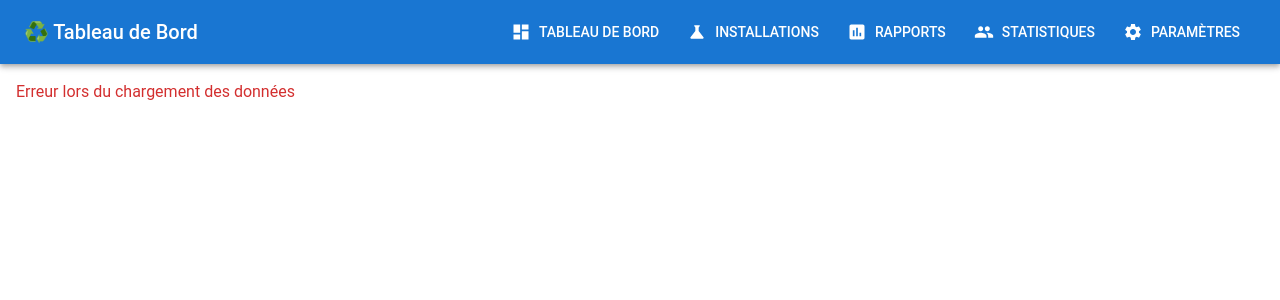
Repository: tofunori/Lithium-Dashboard-Enhanced
Page: / (app in frontend/)
The author's editor kept a copy of each file at every save. The page is drawn from the files as they stood at one save, then again after the next save.
The browser window is 1280 px wide. The pictures show the whole page.
The page's requests for data from a server got no answer. The project was rebuilt for these pictures with package versions that can differ from the ones it lists, and the page was loaded fresh each time. No one was signed in, and anything a server would have sent is missing. Also part of the build but not shown: frontend/src/components/RecyclingRateChart.js, frontend/src/components/ProductionTrendsChart.js, frontend/src/components/PlantsList.js, frontend/src/components/MapView.js.

Above is the page before, as saved 2025-03-19 15:32:21.

After the next save:
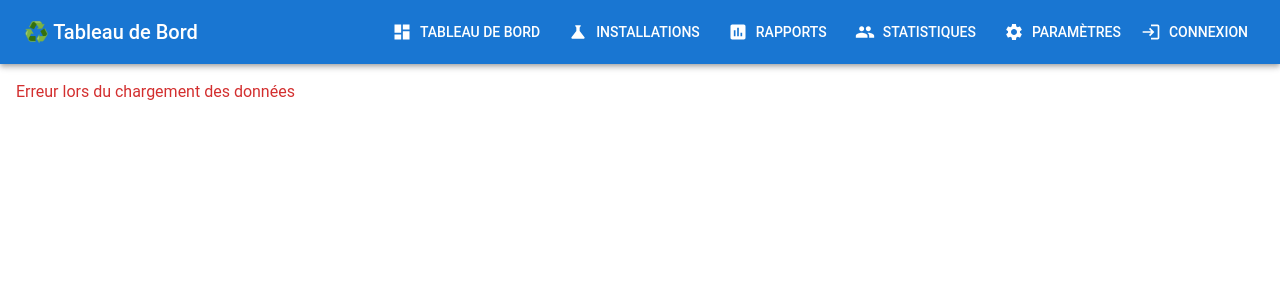
Saved 90 s later.
--- a/frontend/src/components/NavBar.js
+++ b/frontend/src/components/NavBar.js
@@ -20,7 +20,8 @@ import {
   Science as ScienceIcon,
   Assessment as AssessmentIcon,
   Group as GroupIcon,
-  Settings as SettingsIcon
+  Settings as SettingsIcon,
+  Login as LoginIcon
 } from '@mui/icons-material';
 import { Link as RouterLink } from 'react-router-dom';
 import { useState } from 'react';
@@ -81,6 +82,21 @@ const NavBar = () => {
             <ListItemText primary={item.text} />
           </ListItem>
         ))}
+        <ListItem
+          button
+          component={RouterLink}
+          to="/login"
+          sx={{
+            '&.active': {
+              bgcolor: 'rgba(0, 0, 0, 0.08)',
+            }
+          }}
+        >
+          <ListItemIcon>
+            <LoginIcon />
+          </ListItemIcon>
+          <ListItemText primary={t('login')} />
+        </ListItem>
       </List>
     </Box>
   );
@@ -121,6 +137,15 @@ const NavBar = () => {
               ))}
             </Box>
           )}
+
+          <Button
+            color="inherit"
+            component={RouterLink}
+            to="/login"
+            startIcon={<LoginIcon />}
+          >
+            {t('login')}
+          </Button>
         </Toolbar>
       </AppBar>
 
